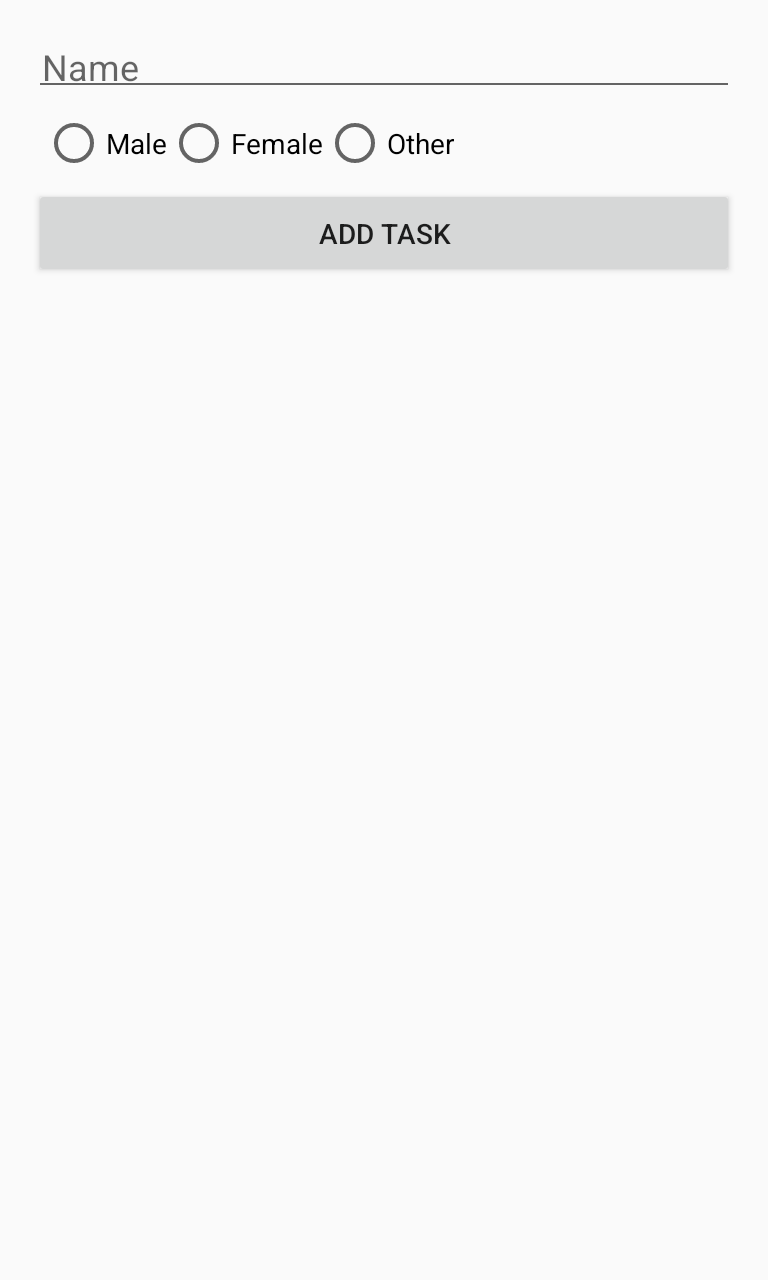
Repository: ThatCrazyIrishGuy/guiAndroidAssignment
Layout: ShoppingList/res/layout/activity_user_detail_form.xml
The author's editor kept a copy of each file at every save. The layout is drawn from the files as they stood at one save, then again after the next save.
It is drawn on a 768 x 1280 px phone screen (xhdpi) without system bars, with theme AppTheme; the app's code is not run.

Above is the layout before, as saved 2014-11-08 17:25:34.

### ShoppingList/res/layout/activity_user_detail_form.xml
<RelativeLayout xmlns:android="http://schemas.android.com/apk/res/android"
    xmlns:tools="http://schemas.android.com/tools"
    android:layout_width="match_parent"
    android:layout_height="match_parent"
    android:paddingBottom="@dimen/activity_vertical_margin"
    android:paddingLeft="@dimen/activity_horizontal_margin"
    android:paddingRight="@dimen/activity_horizontal_margin"
    android:paddingTop="@dimen/activity_vertical_margin"
    tools:context="ie.dit.britton.darren.shoppinglist.UserDetailForm" >

    <EditText
        android:layout_below="@+id/nameLabel"
        android:id="@+id/name"
        android:hint="Name"
        android:layout_width="fill_parent"
        android:layout_height="wrap_content"
 		android:padding="5dp"
     />

   	<RadioGroup
   	    android:id="@+id/gender"
  	    android:layout_below="@+id/name"
		android:orientation="horizontal"
		android:layout_width="wrap_content"
		android:layout_height="wrap_content"
		android:padding="5dp">
		<RadioButton
			android:id="@+id/male"
			android:text="Male"
		/>
		<RadioButton
			android:id="@+id/female"
			android:text="Female"
		/>
		<RadioButton
			android:id="@+id/other"
			android:text="Other"
		/>
	</RadioGroup>

	<Spinner
    	android:layout_below="@+id/gender"
    	android:id="@+id/job"
    	android:layout_width="fill_parent"
    	android:layout_height="wrap_content"
 		android:padding="5dp"
    />

    <Button
        android:layout_below="@+id/gender"
        android:id="@+id/button1"
        android:layout_width="fill_parent"
        android:layout_height="wrap_content"
        android:text ="Add Task"
    />

</RelativeLayout>

Loaded but not shown: ShoppingList/res/values/styles.xml (common file); ShoppingList/res/values-v11/styles.xml (common file); ShoppingList/res/values-v14/styles.xml (common file); ShoppingList/res/values/dimens.xml (common file); ShoppingList/res/values-w820dp/dimens.xml (common file)

After the next save:
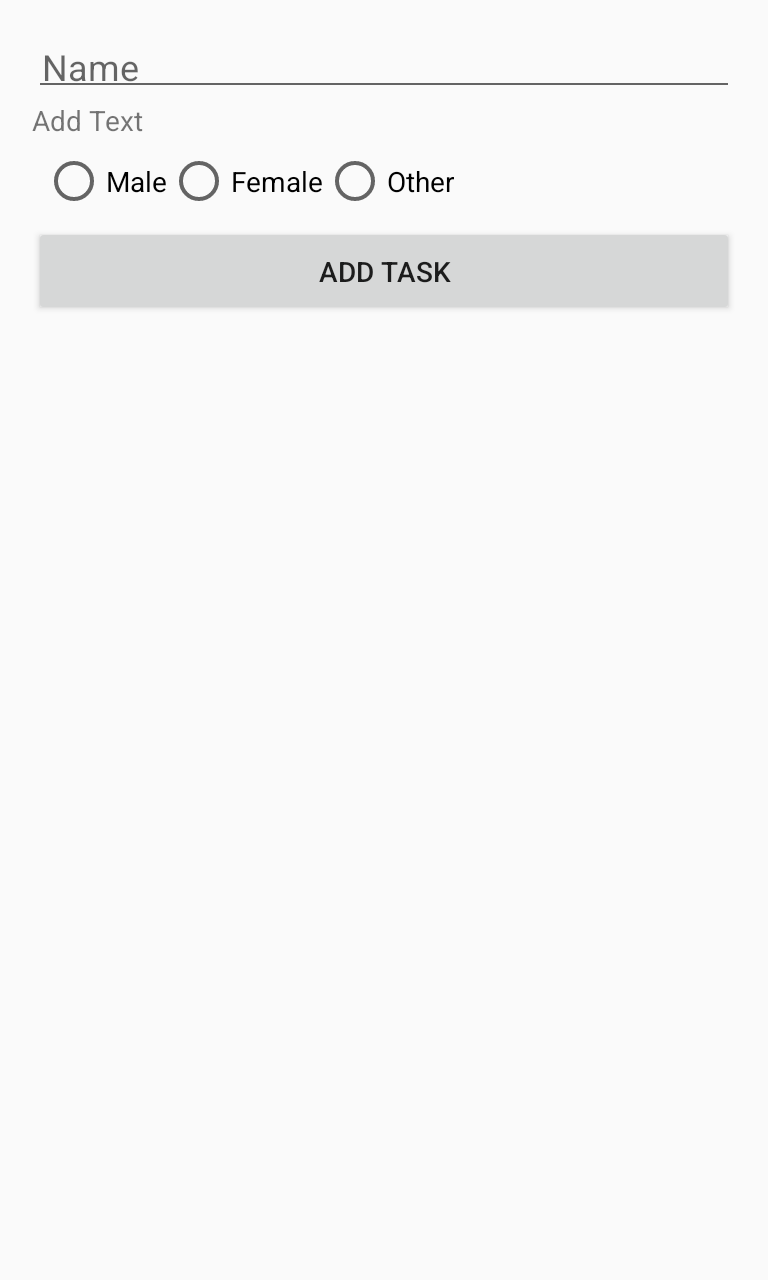
Saved 112 s later.
--- a/ShoppingList/res/layout/activity_user_detail_form.xml
+++ b/ShoppingList/res/layout/activity_user_detail_form.xml
@@ -9,7 +9,6 @@
     tools:context="ie.dit.britton.darren.shoppinglist.UserDetailForm" >
 
     <EditText
-        android:layout_below="@+id/nameLabel"
         android:id="@+id/name"
         android:hint="Name"
         android:layout_width="fill_parent"
@@ -17,9 +16,17 @@
  		android:padding="5dp"
      />
 
+     <TextView
+        android:id="@+id/genderLabel"
+        android:layout_below="@+id/name"
+        android:layout_width="wrap_content"
+        android:layout_height="wrap_content"
+        android:text="Add Text"
+     />
+
    	<RadioGroup
    	    android:id="@+id/gender"
-  	    android:layout_below="@+id/name"
+  	    android:layout_below="@+id/genderLabel"
 		android:orientation="horizontal"
 		android:layout_width="wrap_content"
 		android:layout_height="wrap_content"
